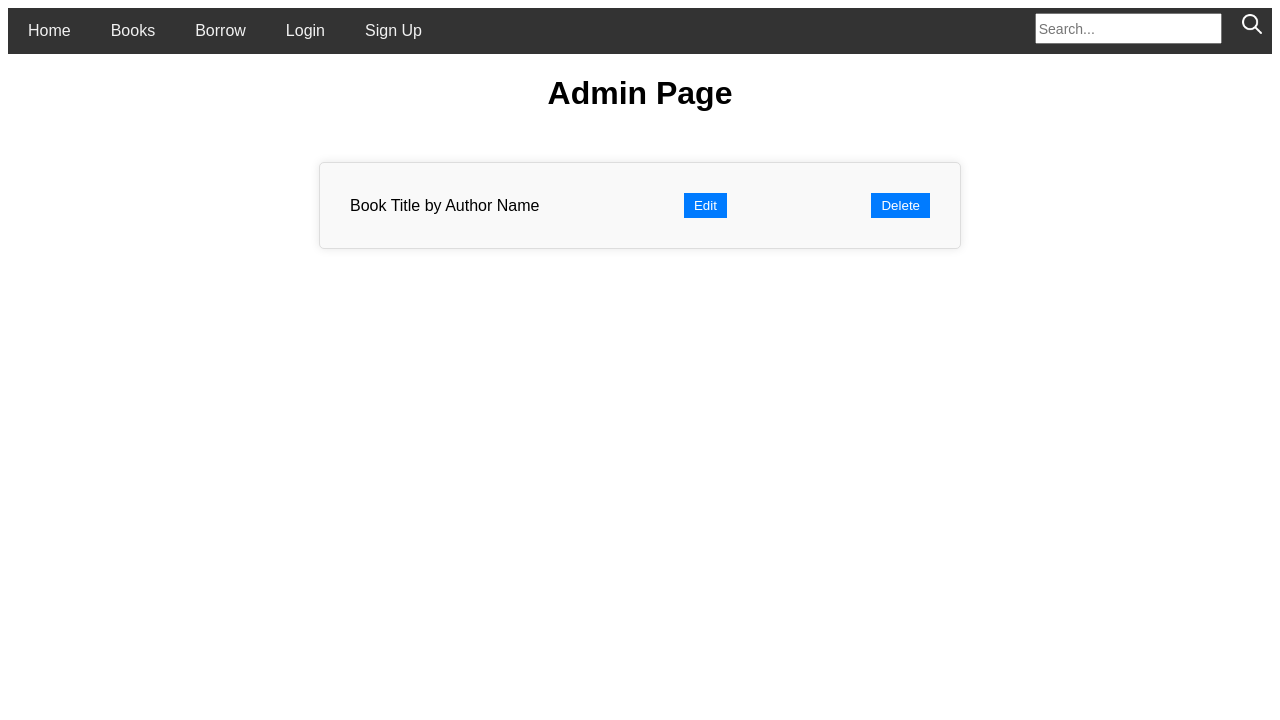
Repository: fadyesk12/Web-Technology-Course-Project
Page: auth/admin.html
These files come from the project's save history. The page is drawn as it stood at one moment and after the next save; the edit follows.
The browser window is 1280 px wide. The pictures show the whole page.

Above is the page before, as saved 2024-04-20 09:29:10.

### auth/admin.html
<!DOCTYPE html>
<html lang="en">

<head>
    <meta charset="UTF-8">
    <meta name="viewport" content="width=device-width, initial-scale=1.0">
    <title>Admin Page</title>
    <link rel="stylesheet" href="../Styling/admin.css">
</head>

<body>
    <div id="navbar">
        <a href="../index.html">Home</a>
        <a href="../book_list.html">Books</a>
        <a href="../borrow.html">Borrow</a>
        <a href="../auth/login.html">Login</a>
        <a href="../auth/signup.html">Sign Up</a>
        <div class="search">
            <form action="" method="get">
                <input type="text" placeholder="Search...">
                <button type="submit"><img src="../PICS/search.png"></button>
            </form>
        </div>
    </div>
    <h1>Admin Page</h1>
    <div class="container">
        <div id="bookList">
            <div class="book-row">
                <span>Book Title by Author Name</span>
                <button>Edit</button>
                <button>Delete</button>
            </div>
        </div>
    </div>
</body>

</html>

### Styling/admin.css
#navbar {
    overflow: hidden;
    background-color: #333;
}

#navbar a {
    float: left;
    display: block;
    color: #f2f2f2;
    text-align: center;
    padding: 14px 20px;
    text-decoration: none;
}

#navbar a:hover {
    background-color: #ddd;
    color: black;
}

body {
    font-family: Arial, sans-serif;
}

.container {
    max-width: 600px;
    margin: 50px auto;
    padding: 20px;
    border: 1px solid #ddd;
    border-radius: 5px;
    background-color: #f9f9f9;
    box-shadow: 0 0 10px rgba(0, 0, 0, 0.1);
}


label {
    display: block;
    font-weight: bold;
    margin-bottom: 5px;
}

h1,
h2 {
    text-align: center;
}



.search {
    margin-top: 5px;
    float: right;
}

.search input {
    width: 75%;
    height: 25px;
    font-size: 14px;
}

.search img {
    width: 20px;
}

.search button {
    background-color: #333;
    border: 0;
    height: 25px;
    padding: 0 10px;
}

.search form {
    display: flex;
    justify-content: flex-end;
}


#bookList {
    width: 100%;
    max-width: 600px;
    margin: 0 auto;
}

.book-row {
    display: flex;
    justify-content: space-between;
    align-items: center;
    padding: 10px;
    border-bottom: 1px solid #ccc;
}

.book-row:last-child {
    border-bottom: none;
}

button {
    margin-left: 10px;
    background-color: #007bff;
    color: white;
    border: none;
    padding: 5px 10px;
    cursor: pointer;
}

button:hover {
    background-color: #0056b3;
}

After the next save:
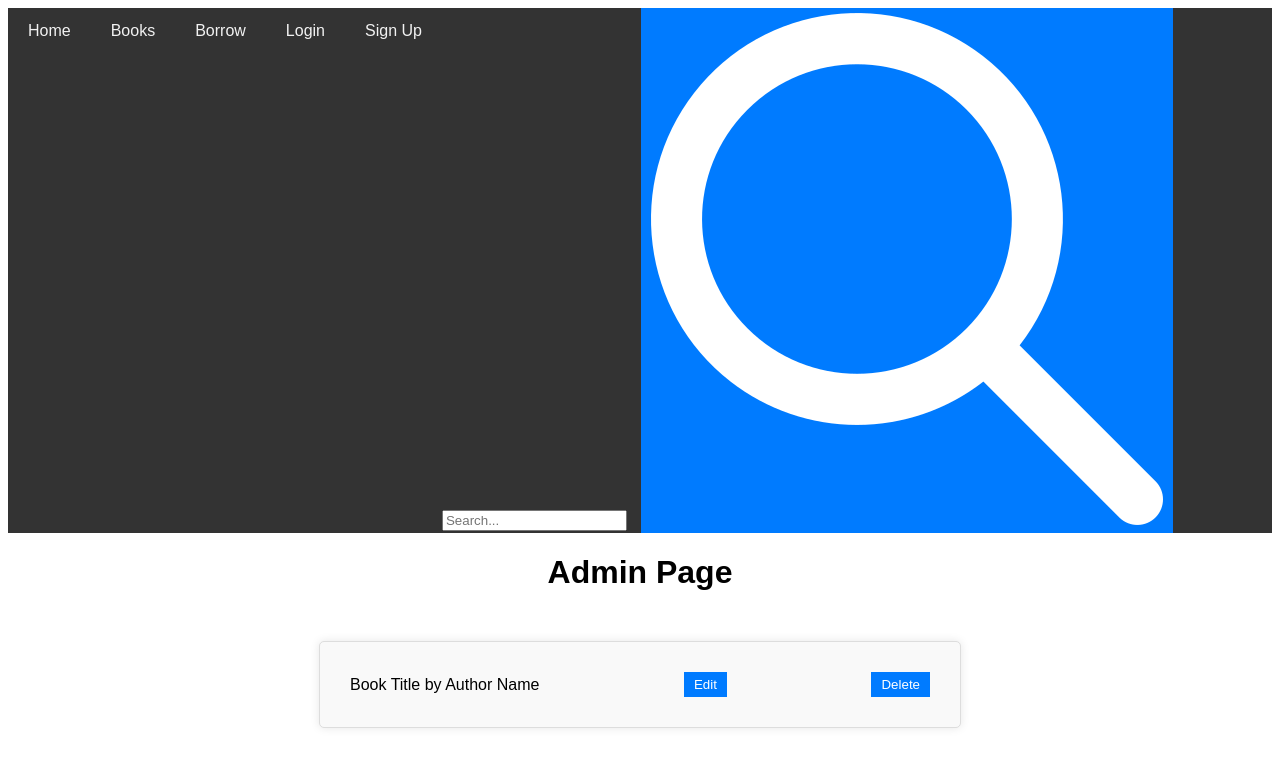
Saved 2 min 9 s later.
--- a/Styling/admin.css
+++ b/Styling/admin.css
@@ -45,32 +45,6 @@
 
 
 
-.search {
-    margin-top: 5px;
-    float: right;
-}
-
-.search input {
-    width: 75%;
-    height: 25px;
-    font-size: 14px;
-}
-
-.search img {
-    width: 20px;
-}
-
-.search button {
-    background-color: #333;
-    border: 0;
-    height: 25px;
-    padding: 0 10px;
-}
-
-.search form {
-    display: flex;
-    justify-content: flex-end;
-}
 
 
 #bookList {

After the 3 saves that followed:
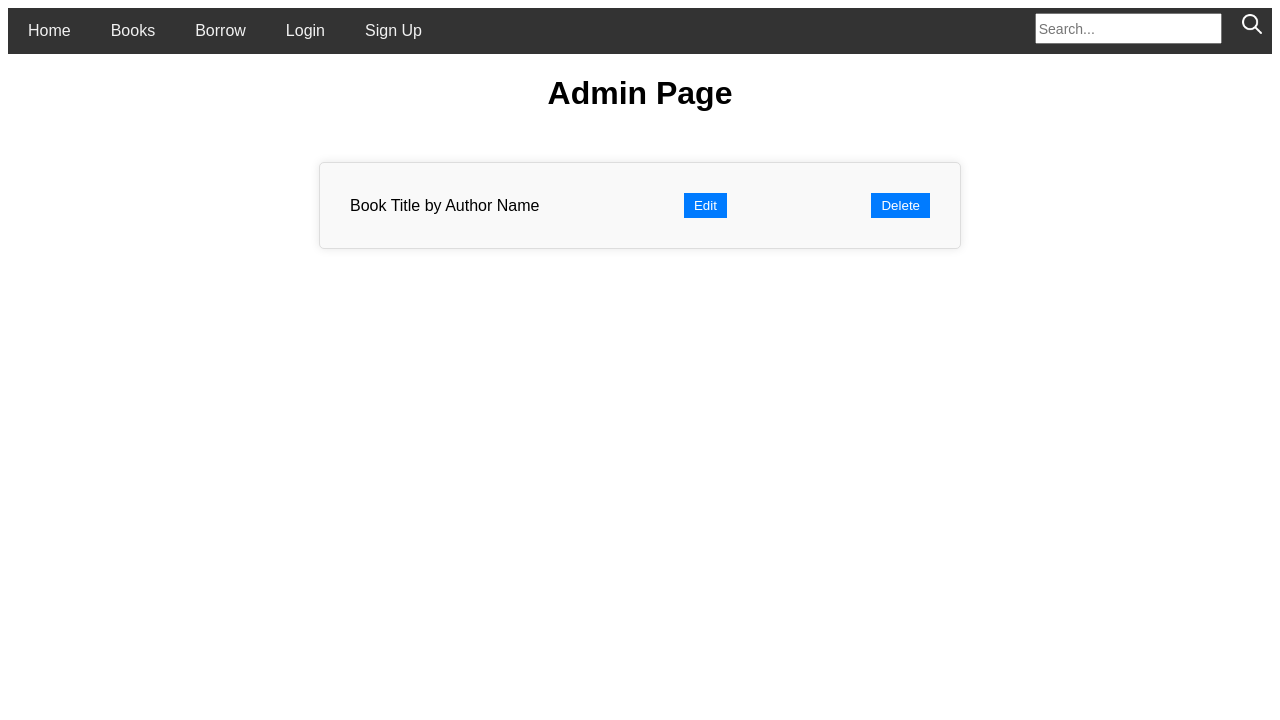
The 3 saves are shown as one change because they came seconds apart.
The last was saved 8 s later.
--- a/Styling/admin.css
+++ b/Styling/admin.css
@@ -77,3 +77,30 @@
 button:hover {
     background-color: #0056b3;
 }
+
+.search {
+    margin-top: 5px;
+    float: right;
+}
+
+.search input {
+    width: 75%;
+    height: 25px;
+    font-size: 14px;
+}
+
+.search img {
+    width: 20px;
+}
+
+.search button {
+    background-color: #333;
+    border: 0;
+    height: 25px;
+    padding: 0 10px;
+}
+
+.search form {
+    display: flex;
+    justify-content: flex-end;
+}
